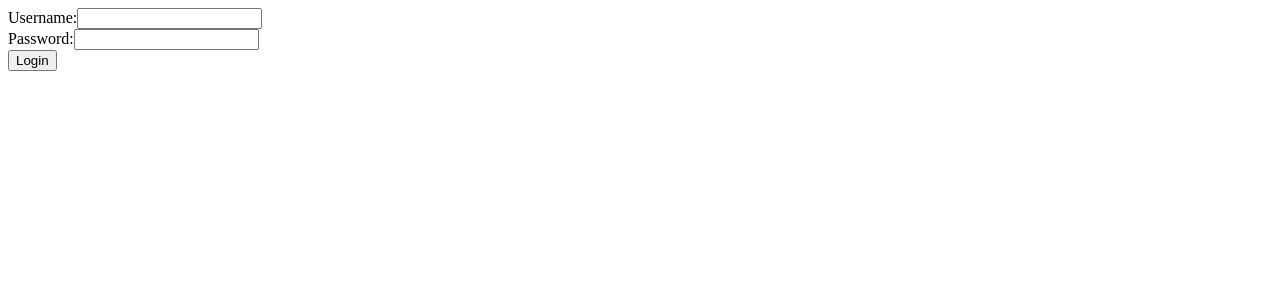
Repository: Bodily-Brad/CS313-Group-Java
Page: http://localhost/8.02/login.jsp
An editor plug-in stored every save of this project. The page is shown before and after the next save, followed by the edit.
The browser window is 1280 px wide. The pictures show the whole page.
The page is served by Tomcat 9.

Above is the page before, as saved 2014-11-11 17:29:42.

After the next save:
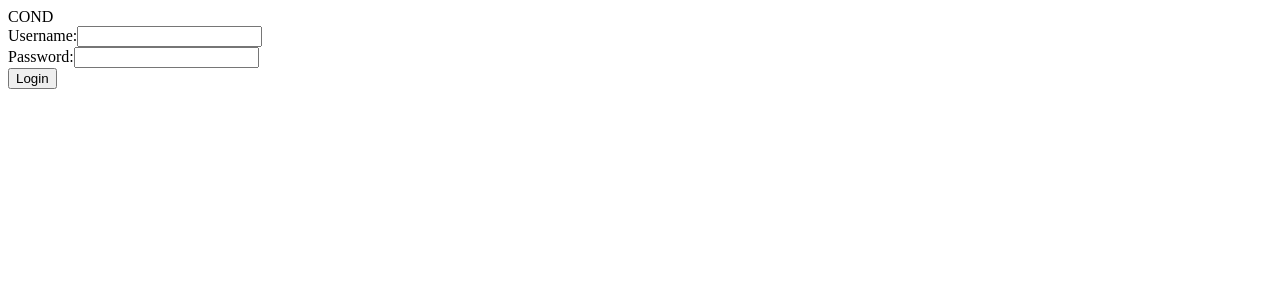
Saved 9 s later.
--- a/8.02/WebContent/login.jsp
+++ b/8.02/WebContent/login.jsp
@@ -9,6 +9,7 @@
 </head>
 <body>
 	<c:if test="${!message.isEmpty()}">
+		COND
 		<span>${requestScope.message}</span>
 	</c:if>
 	<form action="ValidateUser" method="Post">
